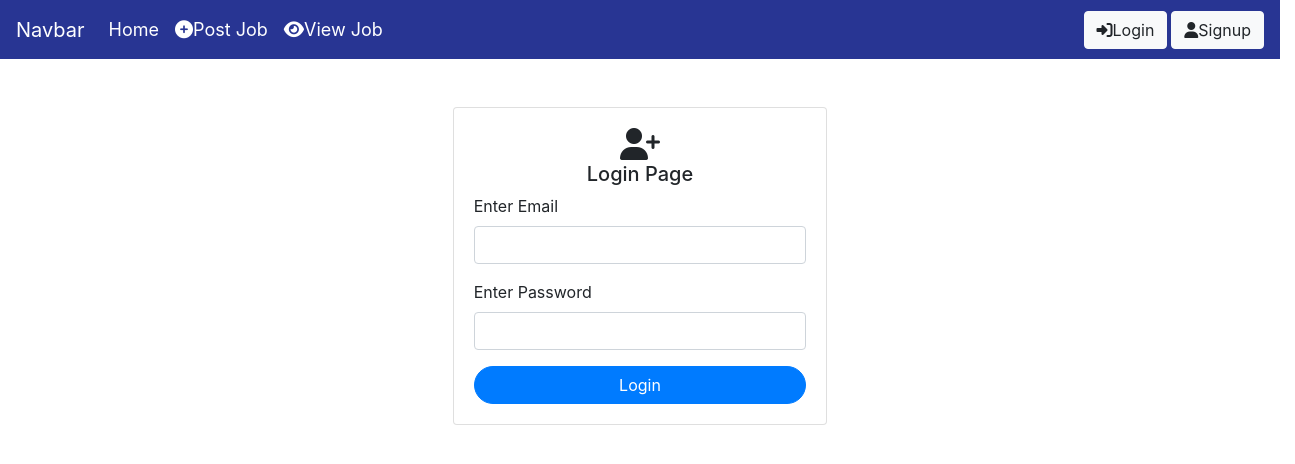
Repository: Pankaj08072001/Adv_Java
Page: http://localhost/06_Job_portal_Project/Signup.jsp
The author's editor kept a copy of each file at every save. The page is drawn from the files as they stood at one save, then again after the next save.
The browser window is 1280 px wide. The page is 1295 px wide, so the pictures cover 1295 px, including what lies to the right of the window. The pictures show the whole page.
Some web libraries are served in a nearby version. The page is served by Tomcat 9. Other server files are loaded and not shown.

Above is the page before, as saved 2025-03-13 19:56:43.

### 06_Job_portal_Project/src/main/webapp/Signup.jsp
<%@ page language="java" contentType="text/html; charset=UTF-8"
	pageEncoding="UTF-8"%>
<!DOCTYPE html>
<html>
<head>
<meta charset="UTF-8">
<title>Sign Up page</title>
<%@include file="All_component/All_css.jsp"%>

</head>
<body>
	<%@include file="All_component/Navbar.jsp"%>

	<div class="continer-fluid">
		<div class="row p-5">
			<div class="col-md-4 offset-md-4">
				<div class="card">
					<div class="card-body">
						<div class="text-center">
							<i class="fa fa-user-plus fa-2x" aria-hidden="true"></i>
							<h5>Login Page</h5>
						</div>
						<%--  <c:if test= "${not empty succMsg}">
						<h4 class="text-center text-danger"> ${succMsg }</h4>
						</c:if>
						--%>

						<form action="Login" method="post">
							<div class="form-group">
								<label>Enter Email</label><input type="email"
									required="required" class="form-control"
									id="exampleInputEmail1" aria-describedby="emailHelp" name="em">
							</div>
							<div class="form-group">
								<label>Enter Password</label><input type="password"
									required="required" class="form-control"
									id="exampleInputEmail1" name="ps">
							</div>
							<button class="btn btn-primary badge-pill btn-block"
								type="submit">Login</button>
						</form>

					</div>
				</div>
			</div>
		</div>

	</div>

</body>
</html>

### 06_Job_portal_Project/src/main/webapp/All_component/All_css.jsp
<link rel="stylesheet"
	href="https://cdn.jsdelivr.net/npm/bootstrap@4.0.0/dist/css/bootstrap.min.css"
	integrity="sha384-Gn5384xqQ1aoWXA+058RXPxPg6fy4IWvTNh0E263XmFcJlSAwiGgFAW/dAiS6JXm"
	crossorigin="anonymous">


<script src="https://code.jquery.com/jquery-3.2.1.slim.min.js"
	integrity="sha384-KJ3o2DKtIkvYIK3UENzmM7KCkRr/rE9/Qpg6aAZGJwFDMVNA/GpGFF93hXpG5KkN"
	crossorigin="anonymous"></script>
<script
	src="https://cdn.jsdelivr.net/npm/popper.js@1.12.9/dist/umd/popper.min.js"
	integrity="sha384-ApNbgh9B+Y1QKtv3Rn7W3mgPxhU9K/ScQsAP7hUibX39j7fakFPskvXusvfa0b4Q"
	crossorigin="anonymous"></script>
<script
	src="https://cdn.jsdelivr.net/npm/bootstrap@4.0.0/dist/js/bootstrap.min.js"
	integrity="sha384-JZR6Spejh4U02d8jOt6vLEHfe/JQGiRRSQQxSfFWpi1MquVdAyjUar5+76PVCmYl"
	crossorigin="anonymous"></script>

<link rel="stylesheet"
	href="https://cdnjs.cloudflare.com/ajax/libs/font-awesome/6.7.2/css/all.min.css"
	integrity="sha512-Evv84Mr4kqVGRNSgIGL/F/aIDqQb7xQ2vcrdIwxfjThSH8CSR7PBEakCr51Ck+w+/U6swU2Im1vVX0SVk9ABhg=="
	crossorigin="anonymous" referrerpolicy="no-referrer" />

	<link rel="Stylesheet" href ="All_component/Style.css" >

### 06_Job_portal_Project/src/main/webapp/All_component/Navbar.jsp
<nav class="navbar navbar-expand-lg navbar-dark bg-custom">
	<a class="navbar-brand" href="#">Navbar</a>
	<button class="navbar-toggler" type="button" data-toggle="collapse"
		data-target="#navbarSupportedContent"
		aria-controls="navbarSupportedContent" aria-expanded="false"
		aria-label="Toggle navigation">
		<span class="navbar-toggler-icon"></span>
	</button>

	<div class="collapse navbar-collapse" id="navbarSupportedContent">
		<ul class="navbar-nav mr-auto">
			<li class="nav-item active"><a class="nav-link" href="#">Home
					<span class="sr-only">(current)</span>
			</a></li>
			<li class="nav-item"><a class="nav-link" href="#"><i class="fas fa-plus-circle"></i>Post Job</a></li>
			<li class="nav-item"><a class="nav-link" href="#"><i class="fas fa-eye"></i>View Job</a></li>

		</ul>
		<form class="form-inline my-2 my-lg-0">
			<a href="login.jsp" class="btn btn-light mr-1"> <i class="fas fa-sign-in-alt"></i>Login</a>
			<a href ="Signup.jsp" class="btn btn-light"><i class="fas fa-user"></i>Signup</a>
		</form>
	</div>
</nav>

### 06_Job_portal_Project/src/main/webapp/All_component/Style.css
.bg-custom{
	background : #283593 !important;

}
.navbar .nav-item .nav-link{
	font-size: 18px;
	color : white;
}
.navbar .nav-item:hover .nav-link{
	background : white ;
	color : black;
	border-radius: 10px;
}

After the next save:
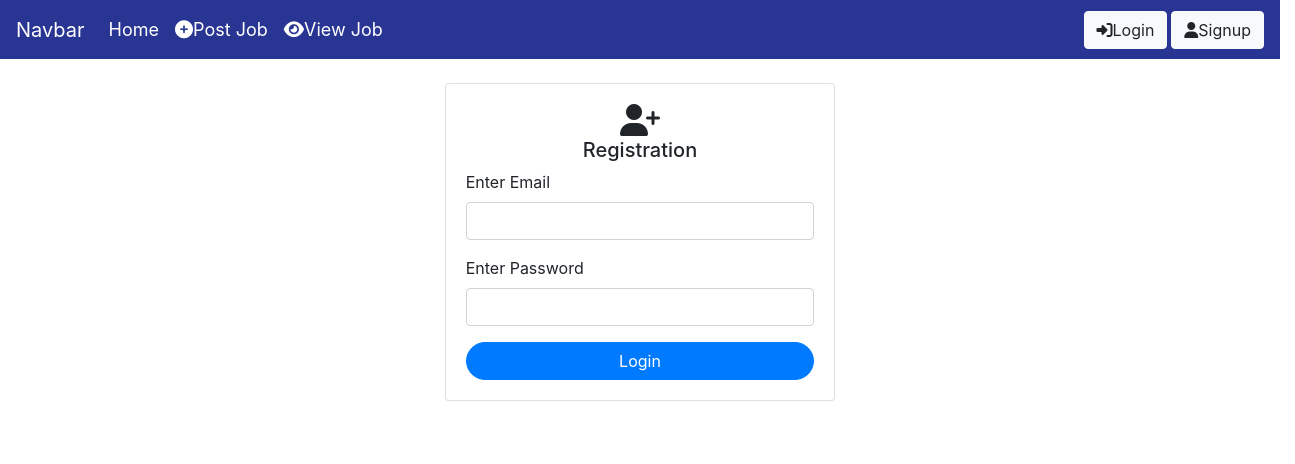
Saved 42 s later.
--- a/06_Job_portal_Project/src/main/webapp/Signup.jsp
+++ b/06_Job_portal_Project/src/main/webapp/Signup.jsp
@@ -12,13 +12,13 @@
 	<%@include file="All_component/Navbar.jsp"%>
 
 	<div class="continer-fluid">
-		<div class="row p-5">
+		<div class="row p-4">
 			<div class="col-md-4 offset-md-4">
 				<div class="card">
 					<div class="card-body">
 						<div class="text-center">
 							<i class="fa fa-user-plus fa-2x" aria-hidden="true"></i>
-							<h5>Login Page</h5>
+							<h5>Registration </h5>
 						</div>
 						<%--  <c:if test= "${not empty succMsg}">
 						<h4 class="text-center text-danger"> ${succMsg }</h4>
